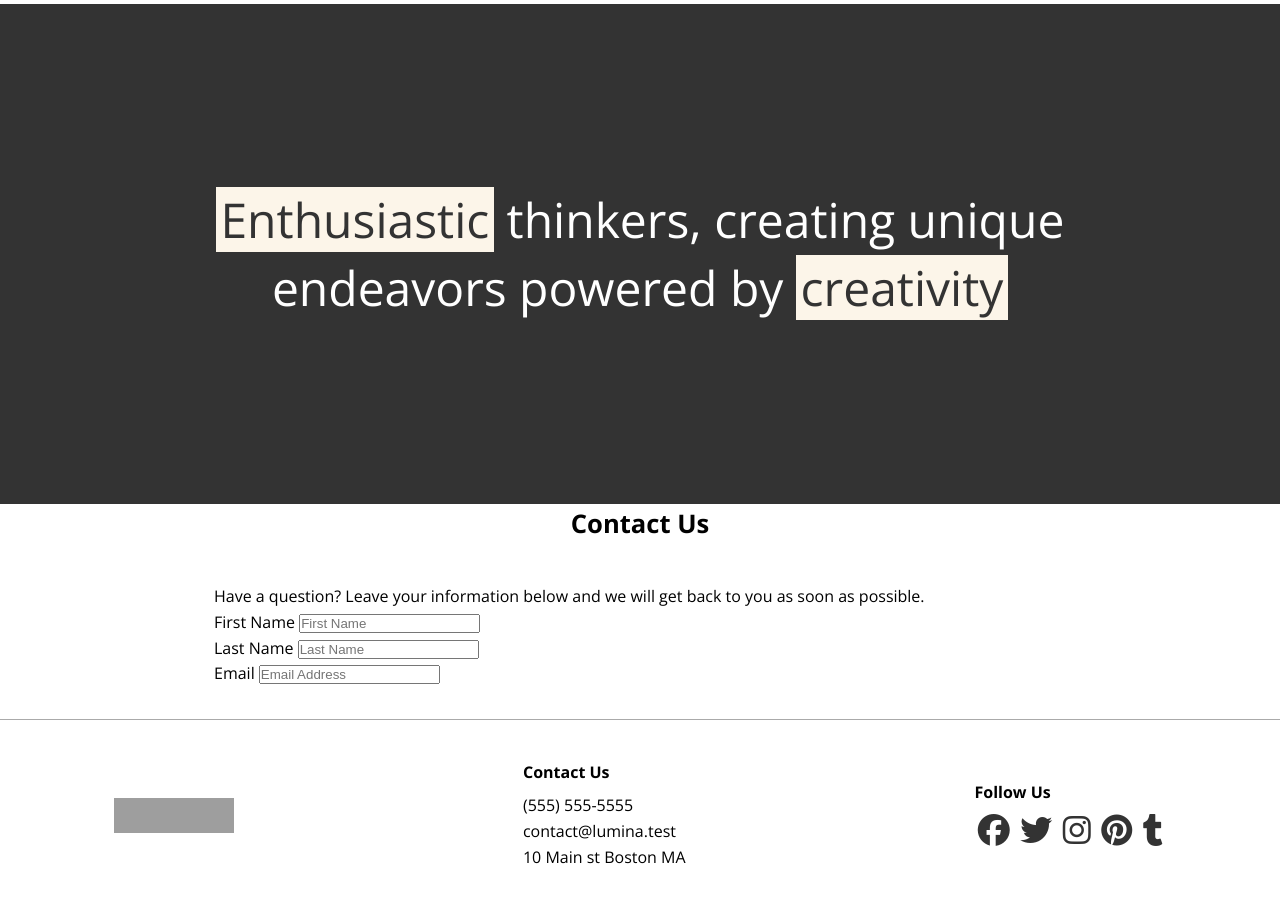
Repository: AchrafAzzaoui/lumina-creative-html-css-project
Page: lumina-creative/contact.html
These files come from the project's save history. The page is drawn as it stood at one moment and after the next save; the edit follows.
The browser window is 1280 px wide. The pictures show the part of the page from y = 142 to 1092 px (the page is 1052 px tall before and 1092 px after).
Pictures or frames that could not be fetched are drawn as grey boxes. A picture or video elsewhere on the page could not be fetched, so the positions and the page height are approximate. Some web libraries are served in a nearby version.

Above is the page before, as saved 2024-08-22 15:35:18.

After the next save:
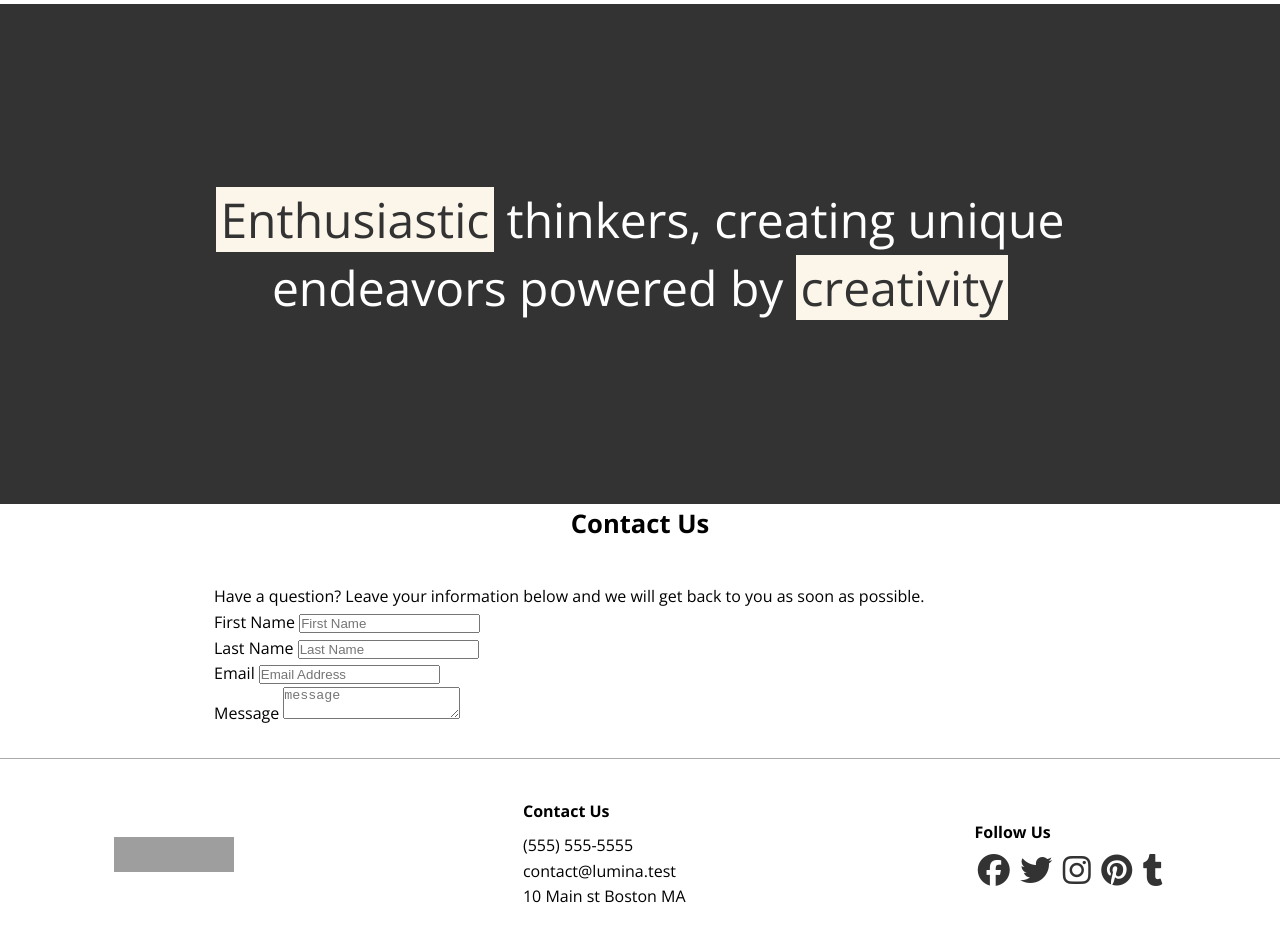
Saved 25 min 17 s later.
--- a/lumina-creative/contact.html
+++ b/lumina-creative/contact.html
@@ -89,6 +89,15 @@
                   placeholder="Email Address"
                 />
               </div>
+              <div class="form-group">
+                <label for="message" class="visually-hidden">Message</label>
+                <textarea
+                  type="text"
+                  id="message"
+                  name="message"
+                  placeholder="message"
+                ></textarea>
+              </div>
             </form>
           </div>
         </section>
